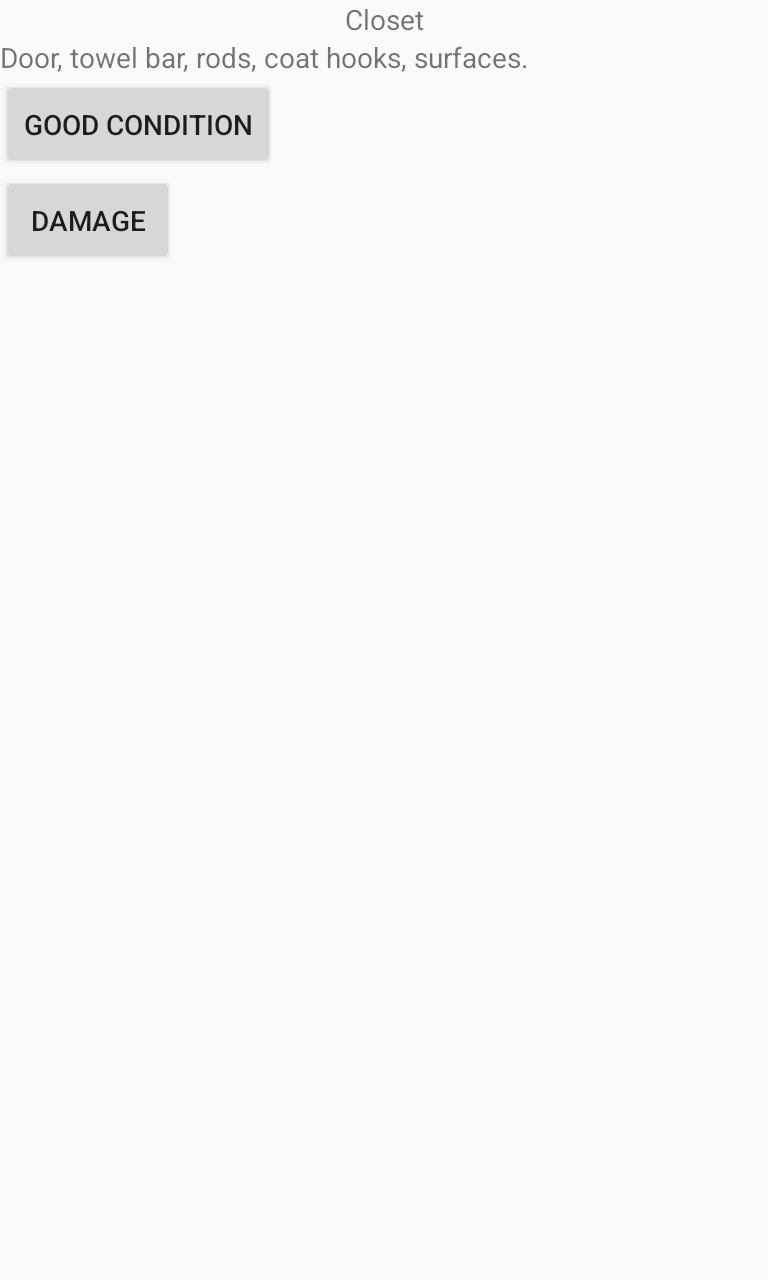
Repository: Android-BD/android-final-project
Layout: FinalProject/res/layout/rcr_form_element_fragment.xml
The author's editor kept a copy of each file at every save. The layout is drawn from the files as they stood at one save, then again after the next save.
It is drawn on a 768 x 1280 px phone screen (xhdpi) without system bars, with theme AppTheme; the app's code is not run.

Above is the layout before, as saved 2014-05-08 02:12:36.

After the next save:
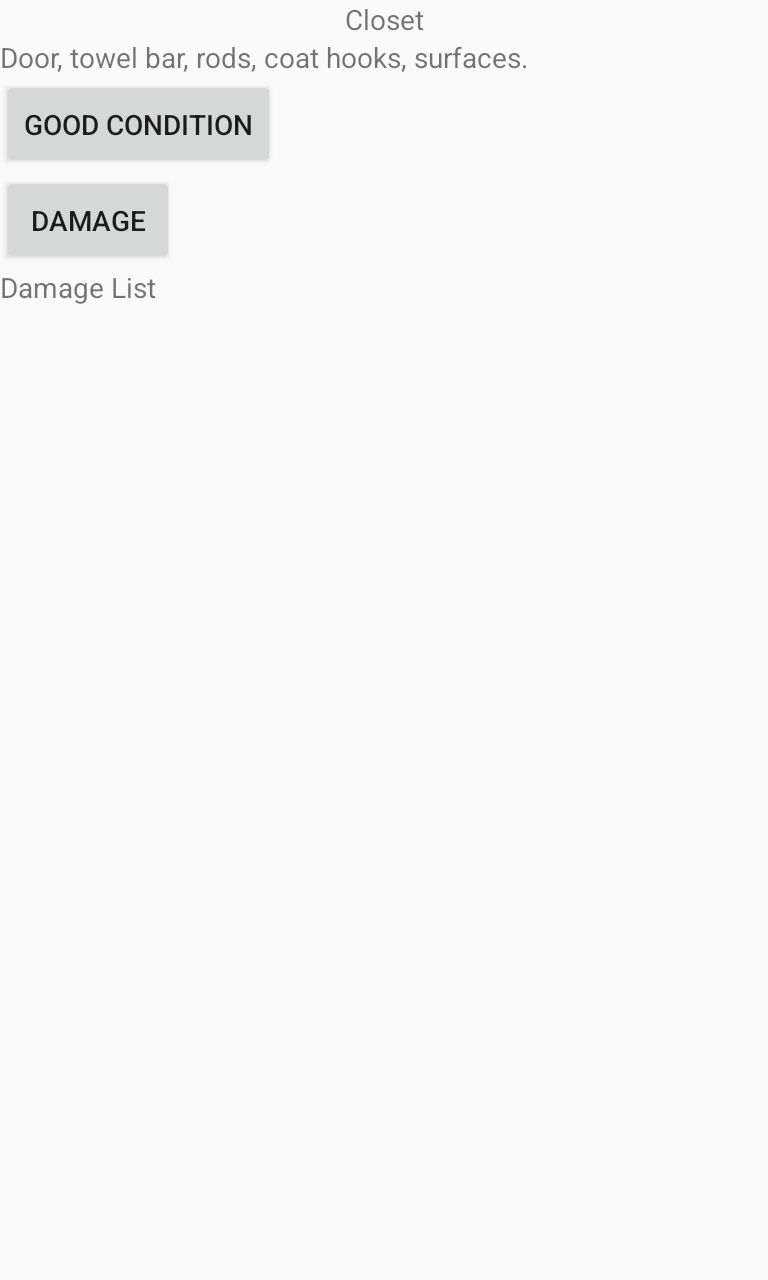
Saved 16 s later.
--- a/FinalProject/res/layout/rcr_form_element_fragment.xml
+++ b/FinalProject/res/layout/rcr_form_element_fragment.xml
@@ -29,6 +29,6 @@
         android:layout_width="match_parent"
         android:layout_height="0dp"
         android:layout_weight="1"
-        android:text="@+id/damage_list" />
+        android:text="@string/damage_list" />
 
 </LinearLayout>
